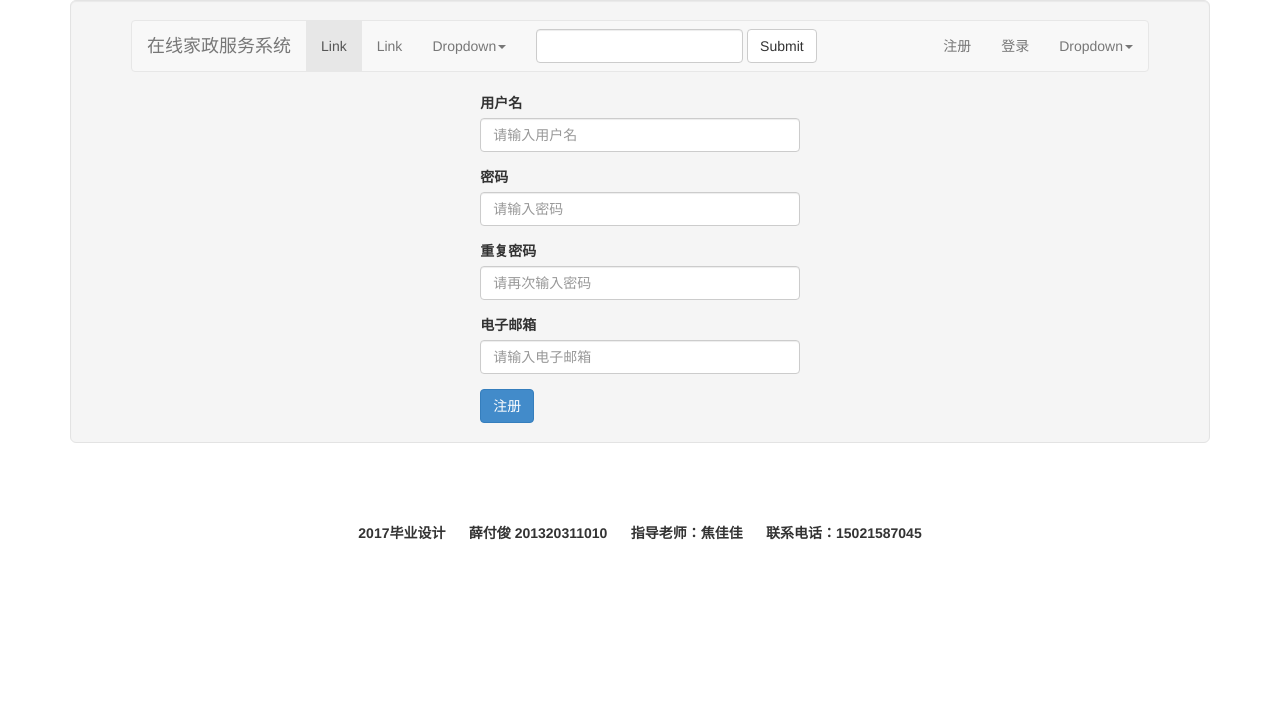
Repository: ELeonCXFJ/MyEclipseWS
Page: http://localhost/MyWeb/jsps/user/register.jsp
An editor plug-in stored every save of this project. The page is shown before and after the next save, followed by the edit.
The browser window is 1280 px wide. The pictures show the whole page.
The page is served by Tomcat 9. Nobody is signed in. The application's start-up code is not run.

Above is the page before, as saved 2017-03-17 04:56:17.

After the next save:
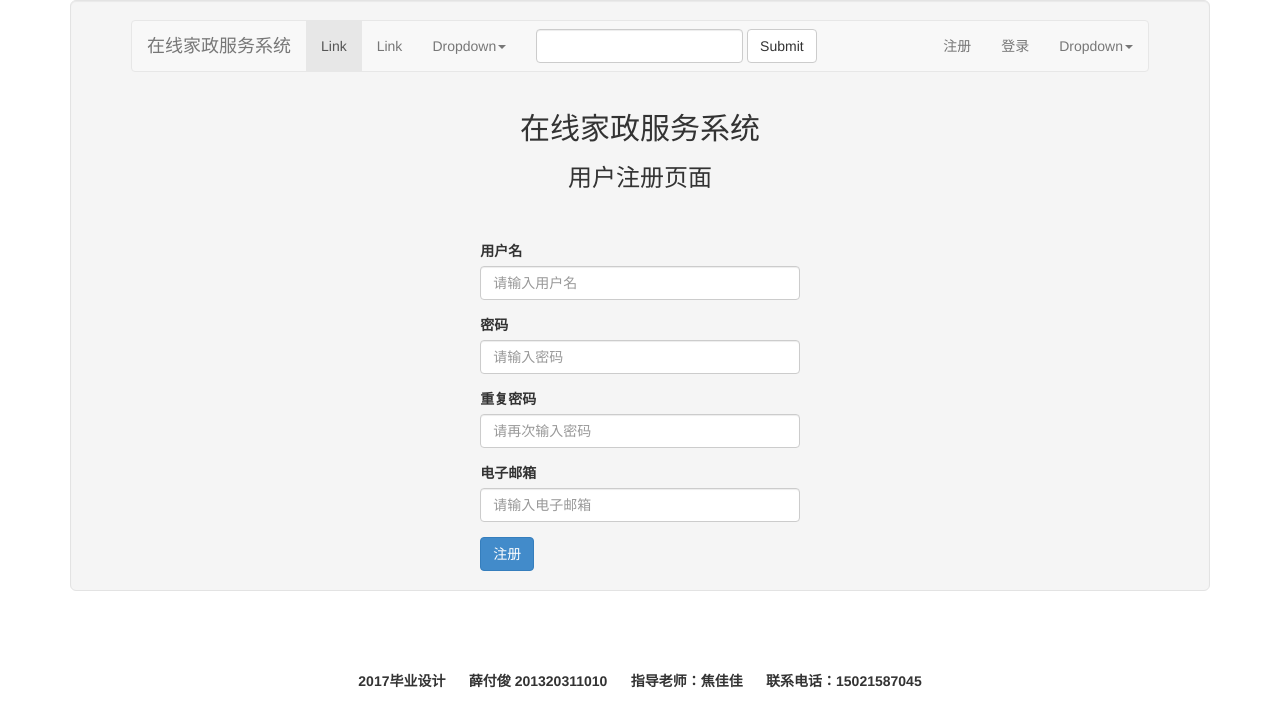
Saved 11 s later.
--- a/MyWeb/WebRoot/jsps/user/register.jsp
+++ b/MyWeb/WebRoot/jsps/user/register.jsp
@@ -20,10 +20,11 @@
 <body>
 <div class="container" >
 <div class="jumbotron well">
-
 	<div class="row clearfix">
 	<c:import url="../../top.jsp"></c:import>
 		<div class="col-md-12 column">
+			<h2 align="center">在线家政服务系统</h2>
+	<h3 align="center">用户注册页面</h3></br></br>
 		</div>
 	</div>
 	<div class="row clearfix">
